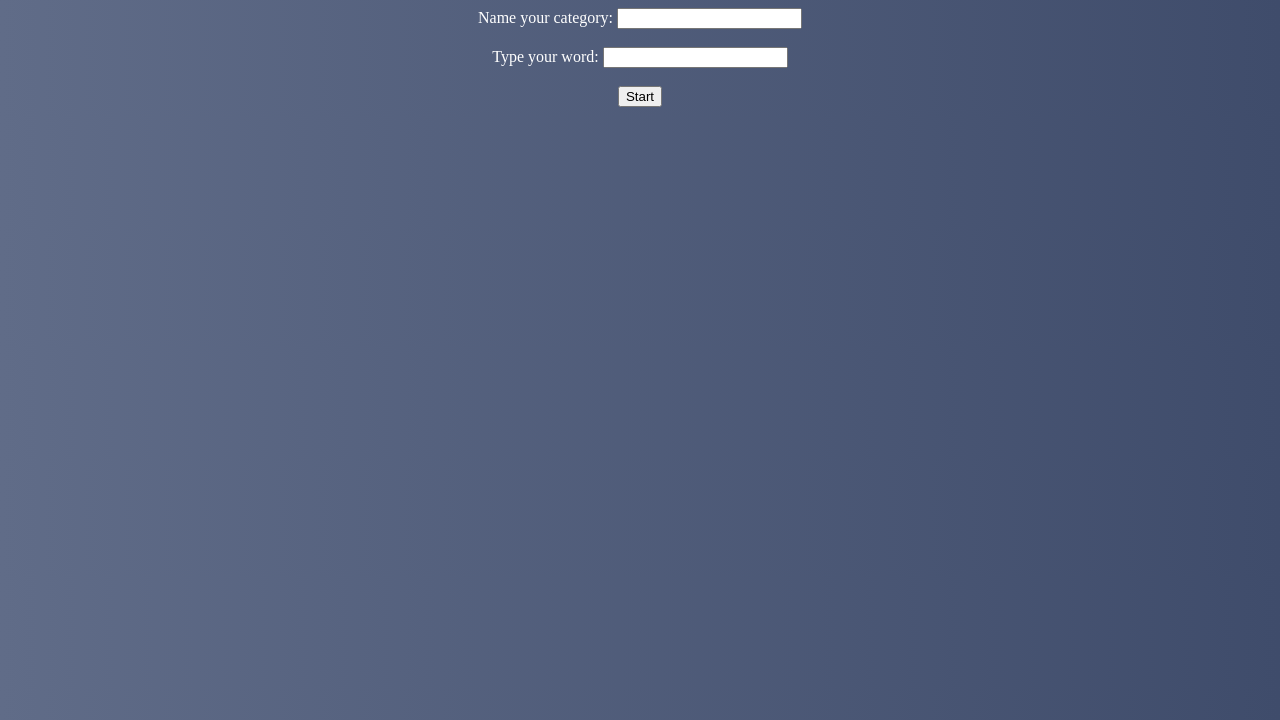
Repository: Darkingfired/Game
Page: index.html
These files come from the project's save history. The page is drawn as it stood at one moment and after a run of saves; the edit follows.
The browser window is 1280 px wide. The pictures show the whole page.

Above is the page before, as saved 2022-09-04 14:48:36.
Console error: ReferenceError: readLine is not defined

### index.html
<!DOCTYPE html>
<html lang="en">
  <head>
    <title>Hangman Game</title>
    <meta charset="UTF-8" />
    <meta http-equiv="X-UA-Compatible" content="IE=edge" />
    <meta name="viewport" content="width=device-width, initial-scale=1.0" />
    <link rel="stylesheet" href="style.css" />
    <script defer src="script.js"></script>
  </head>
  <body>
    <form action="https://github.com/Darkingfired" method="get">
      <label for="fname">Name your category:</label>
      <input type="text" id="fname" name="fname"><br><br>
      <label for="lname">Type your word:</label>
      <input type="text" id="lname" name="lname"><br><br>
      <input type="submit" value="Start">
    </form>
    <!-- <button class="button button4"><a>click here</a></button> -->
  </body>
</html>

### style.css
body {
  /** background-image: linear-gradient(to right, #f46b45, #eea849); */
  background-image: linear-gradient(to right, #606c88, #3f4c6b);
  color: white;
  text-align: center;
}
.wrapper {
  width: fit-content;
  margin: auto;
}
.hint-div {
  display: flex;
  color: chartreuse;
}
.hint-button,
.reset-button,
.notification-button {
  cursor: pointer;
}
.reset-button {
  margin-left: auto;
}
.alpha {
  width: 2rem;
  height: 2rem;
  background: #ffe5b4;
  border: none;
  border-radius: 4px;
  margin: 3px;
  cursor: pointer;
}
.alpha:hover {
  background-color: #e75480;
  border: none;
}
.disabled {
  pointer-events: none;
  background-color: darkgray;
}

.word-div {
  display: inline-flex;
}
.word {
  margin-right: 1.5rem;
}
.notification {
  position: absolute;
  top: 50%;
  left: 50%;
  transform: translate(-50%, -50%);
  background: #fc6c85;
  width: 20rem;
  padding: 20px 10px;
  border-radius: 4px;
  box-shadow: 3px 3px 1px 1px rgba(0, 0, 0, 0.2);
}
.blur {
  filter: blur(2px);
}
.hidden {
  display: none;
}

### script.js
// import React from 'react';


var input_user;
readLine(prompt);

After the next 3 saves:
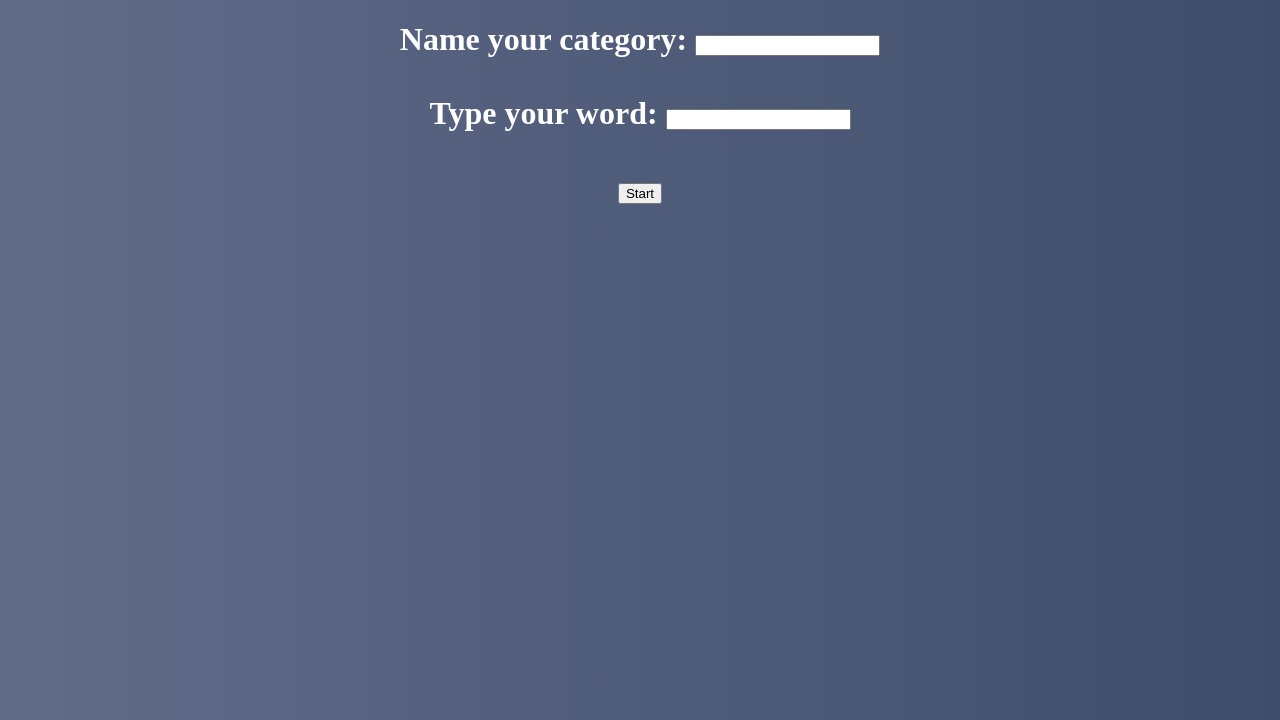
The 3 saves are shown as one change because they came seconds apart.
The last was saved 8 min 56 s later.
--- a/index.html
+++ b/index.html
@@ -9,6 +9,7 @@
     <script defer src="script.js"></script>
   </head>
   <body>
+    <h1>
     <form action="https://github.com/Darkingfired" method="get">
       <label for="fname">Name your category:</label>
       <input type="text" id="fname" name="fname"><br><br>
